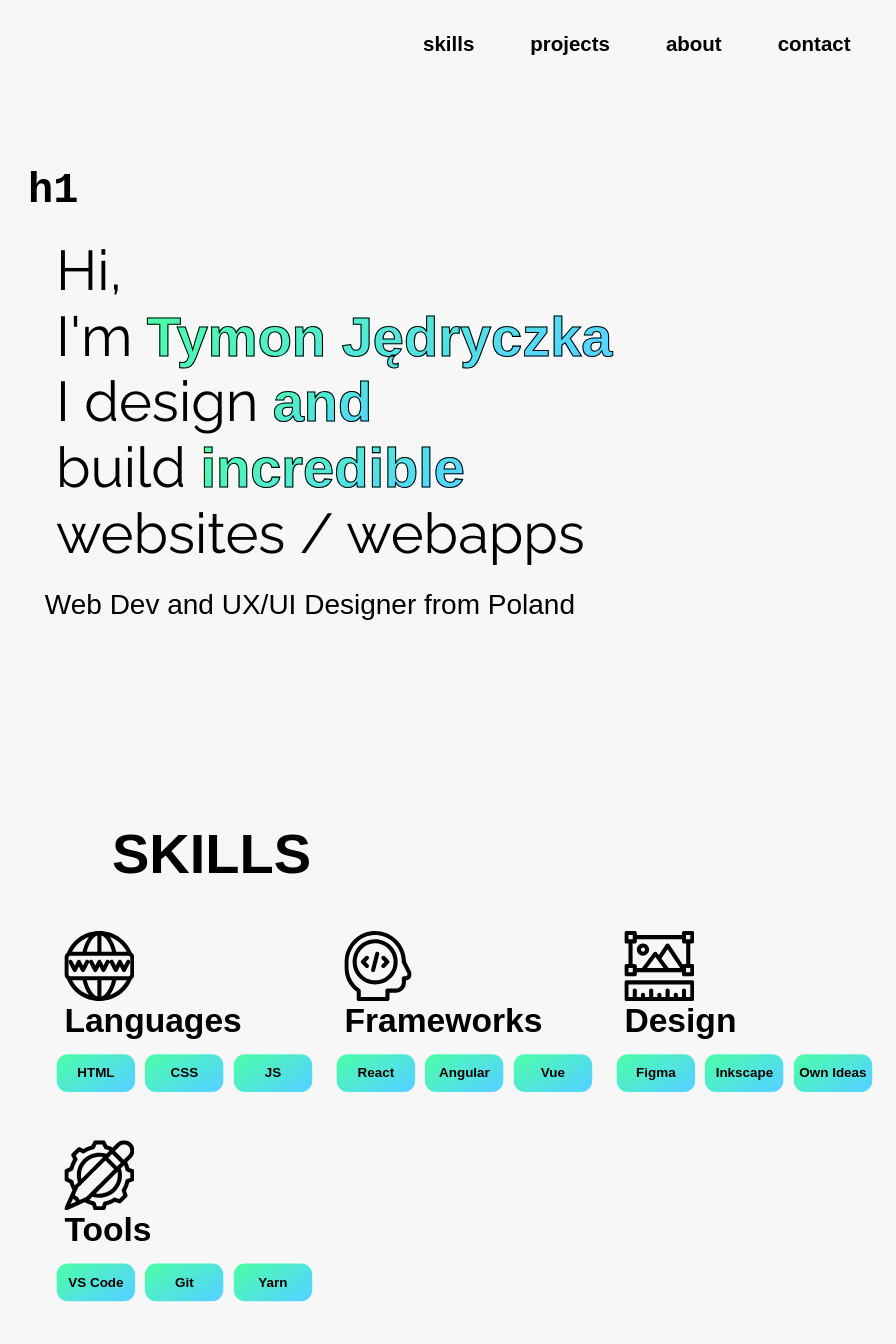
Repository: TeeJaysDev/Portfolio
Page: index.html
The author's editor kept a copy of each file at every save. The page is drawn from the files as they stood at one save, then again after a run of saves.
The browser window is 1280 px wide. The pictures show the part of the page from y = 0 to 1920 px (the page is 3339 px tall), at 70% of full size.
Some web libraries are served in a nearby version.

Above is the page before, as saved 2021-05-04 14:08:32.

After the next 3 saves:
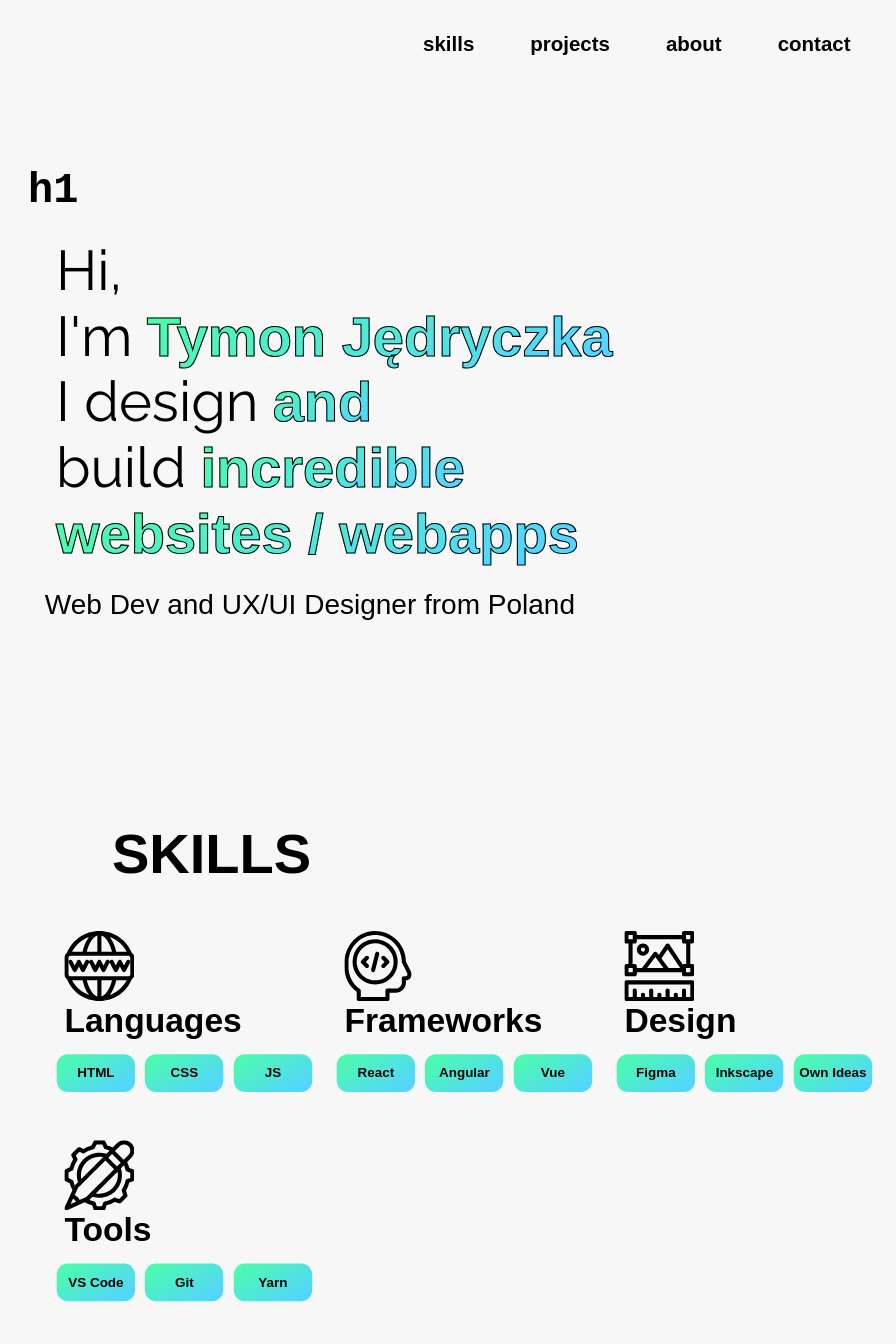
The 3 saves are shown as one change because they came seconds apart.
The last was saved 9 s later.
--- a/index.html
+++ b/index.html
@@ -23,7 +23,7 @@
             I'm <strong>Tymon Jędryczka</strong><br>
             I design <strong>and</strong><br>
             build <strong>incredible</strong><br>
-            websites / webapps</strong>
+            <strong>websites / webapps</strong>
         </h1>
         <p class="welcome_part_p">
             Web Dev and UX/UI Designer from Poland
